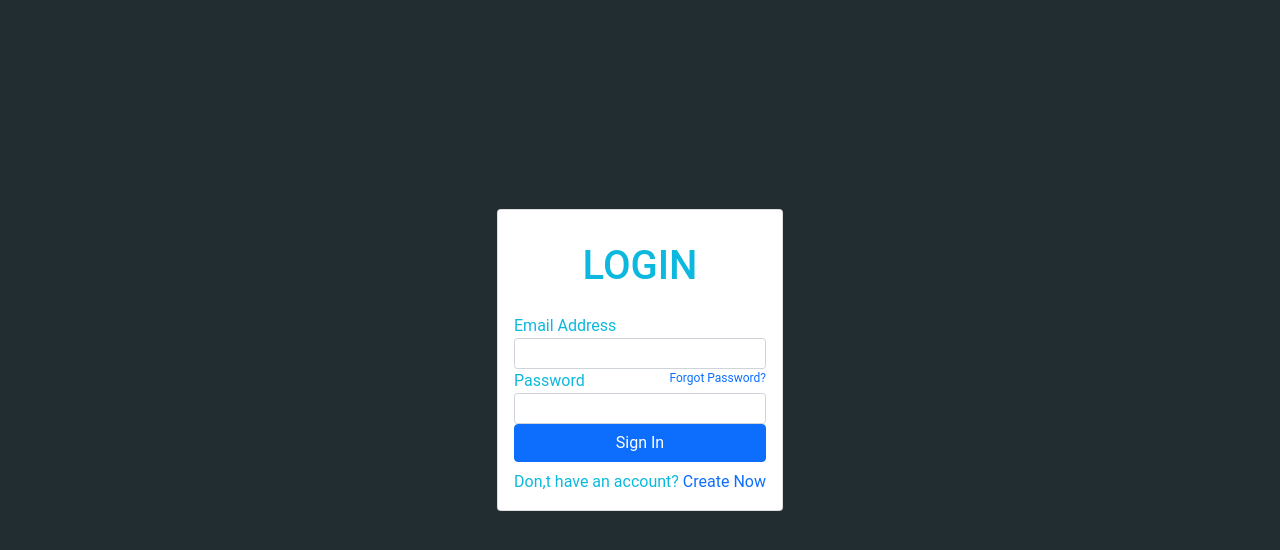
Repository: zjria/Bootstrap_logIn_1
Page: LoginPage/index.html
The author's editor kept a copy of each file at every save. The page is drawn from the files as they stood at one save, then again after the next save.
The browser window is 1280 px wide. The pictures show the whole page.

Above is the page before, as saved 2022-06-14 11:39:15.

### LoginPage/index.html
<!DOCTYPE html>
<html lang="en">
<head>
    <meta charset="UTF-8">
    <meta http-equiv="X-UA-Compatible" content="IE=edge">
    <meta name="viewport" content="width=device-width, initial-scale=1.0">
    <title>LogIn Page</title>

    <!-- Bootstrap CDN Link -->
    <link href="https://cdn.jsdelivr.net/npm/bootstrap@5.0.2/dist/css/bootstrap.min.css" rel="stylesheet" integrity="sha384-EVSTQN3/azprG1Anm3QDgpJLIm9Nao0Yz1ztcQTwFspd3yD65VohhpuuCOmLASjC" crossorigin="anonymous">

    <!-- Google Font -->
    <link rel="preconnect" href="https://fonts.googleapis.com">
    <link rel="preconnect" href="https://fonts.gstatic.com" crossorigin>
    <!-- Custom Css -->
    <link rel="stylesheet" href="style.css">
</head>
<body>
    <div class="global-container">
        <div class="card login-form">
            <div class="card-body">
                <h1 class="card-body text-center">LOGIN</h1>
                <div class="card-text">
                    <form action="#">

                        <div class="form-group">
                            <label for="exampleInputEmail1">Email Address</label>
                            <input type="email" class="form-control form-control-sm" id="exampleInputEmail1">
                        </div>

                        <div class="form-group">
                            <label for="exampleInputPassword1">Password</label>
                            <a href="#" style="float: right; font-size: 12px;" class="text-decoration-none">Forgot Password?</a>

                            <input type="password" class="form-control form-control-sm" id="exampleInputPassword1">


                            <div class="d-grid gap-2">


                                <button type="submit" class="btn btn-primary mb-2">
                                    Sign In

                                </button>

                              </div>





                        </div>




                        <div class="singUp">Don,t have an account? <a href="#" class="text-decoration-none">Create Now</a></div>
                    </form>
                </div>
            </div>
        </div>
    </div>

<!-- Bootstrap JavaScript Link -->
<script src="https://cdn.jsdelivr.net/npm/bootstrap@5.0.2/dist/js/bootstrap.bundle.min.js" integrity="sha384-MrcW6ZMFYlzcLA8Nl+NtUVF0sA7MsXsP1UyJoMp4YLEuNSfAP+JcXn/tWtIaxVXM" crossorigin="anonymous"></script>

</body>
</html>

### LoginPage/style.css
body, html {
    height: 100%;
    background-color: #222d32 !important;
    font-family: 'Roboto', sans-serif;
}
.global-container{
    height: 100%;
    display: flex;
    align-items: center;
    justify-content: center;
    color: #0db8de;
}

After the next save:
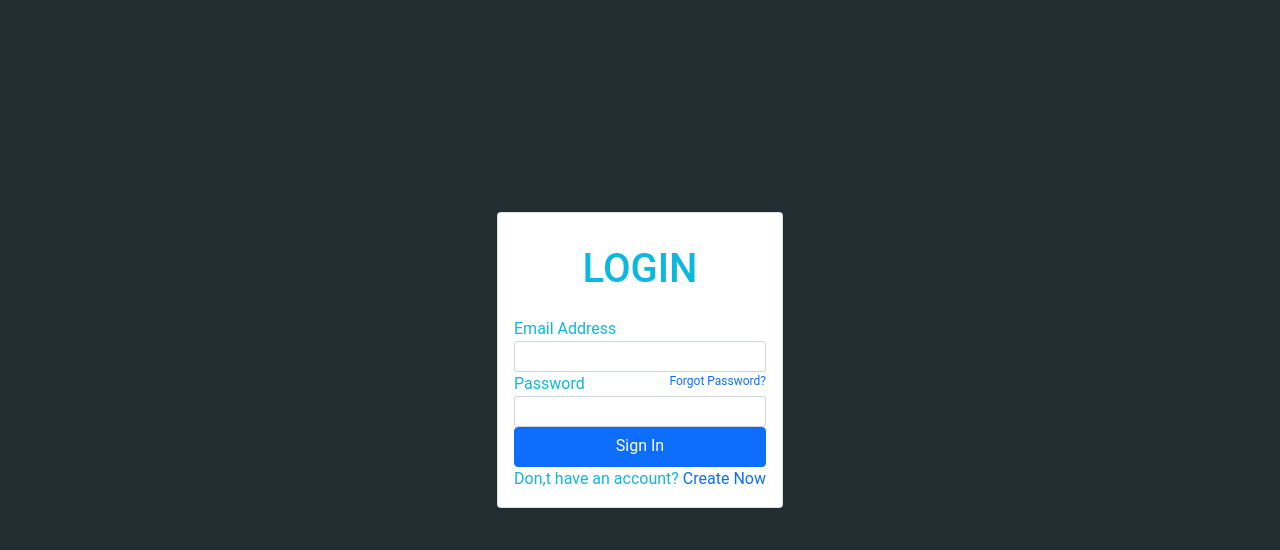
Saved 14 s later.
--- a/LoginPage/index.html
+++ b/LoginPage/index.html
@@ -38,7 +38,7 @@
                             <div class="d-grid gap-2">
 
 
-                                <button type="submit" class="btn btn-primary mb-2">
+                                <button type="submit" class="btn btn-primary pb-2">
                                     Sign In
 
                                 </button>
